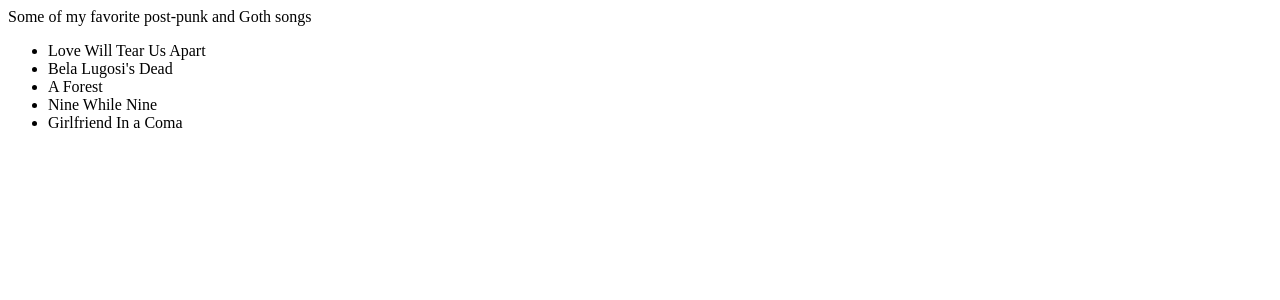
Repository: iamkamara/Git-basics-lab
Page: my_list.html
An editor plug-in stored every save of this project. The page is shown before and after the next save, followed by the edit.
The browser window is 1280 px wide. The pictures show the whole page.

Above is the page before, as saved 2022-08-01 16:14:36.

After the next save:
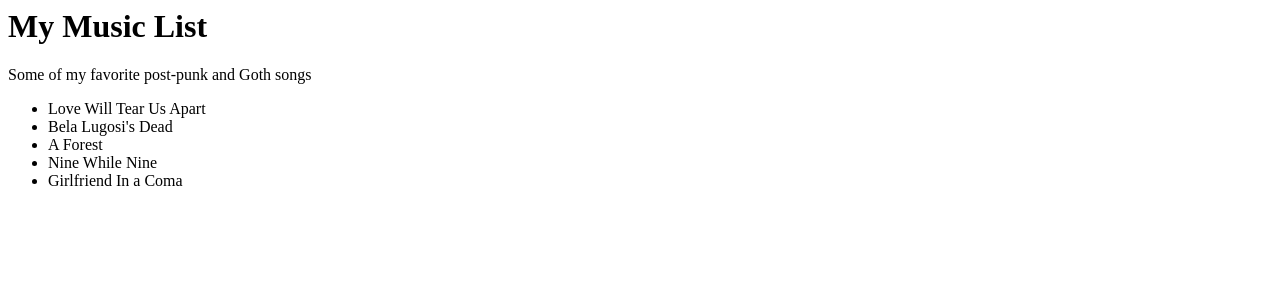
Saved 4 min 38 s later.
--- a/my_list.html
+++ b/my_list.html
@@ -1,3 +1,4 @@
+<h1>My Music List</h1>
 <p>Some of my favorite post-punk and Goth songs</p>
 <ul>
     <Li>Love Will Tear Us Apart</Li>
